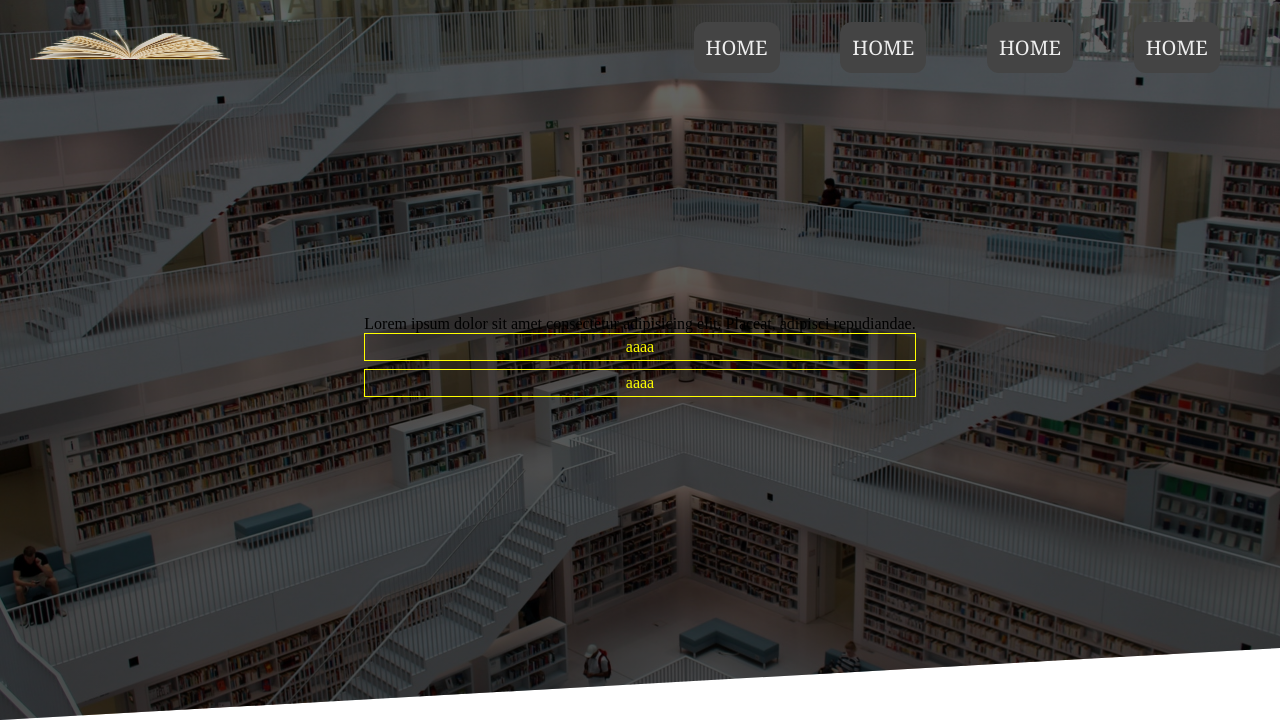
Repository: imedakrouti/BookStore
Page: ex.html
These files come from the project's save history. The page is drawn as it stood at one moment and after the next save; the edit follows.
The browser window is 1280 px wide. The pictures show the whole page.

Above is the page before, as saved 2020-05-06 22:02:04.

### ex.html
<!DOCTYPE html>
<html lang="en">
<head>
    <meta charset="UTF-8">
    <meta name="viewport" content="width=device-width, initial-scale=1.0">
    <title>Document</title>
</head>
<style>
    *{
        margin: 0;
        padding: 0;
        box-sizing: border-box;
    }
    header{
    height: 100vh;
    background:linear-gradient(rgba(0,0,0,0.6),rgba(0,0,0,0.7)),url('images/img/header-bg.jpeg')no-repeat fixed center /cover;
    clip-path: polygon(0 0, 100% 0, 100% 90%, 0 100%);
    display: flex;
    align-items: center;
    justify-content: center;
  }
    .nav{
        align-self: start;
        position: absolute;
        padding: 30px;
        width: 100%;
        display: flex;
        justify-content: space-between;
    }
    ul{
      display: flex;
     align-items: center;

    }
    .text-center{
        text-align: center;
    }
    .text-center a{
        display: block;
        margin-bottom: 8px;
        padding: 4px 20px;
        background: transparent;
        text-decoration: none;
        border:1px solid yellow;
        color:yellow
    }
    .text-center a:hover{
        background:yellow;
        color:#eee
    }
    ul li{
        list-style: none;
        margin: 0 30px;
    }
    ul li a{
        text-decoration: none;
       padding: 0.75rem;
       margin: 0.025rem;
        color:#eee;
        background:#444;
        font-size: 20px;
        font-family: Cambria, Cochin, Georgia, Times, 'Times New Roman', serif;
        text-transform: uppercase;
        border-radius: 12px;
    }

</style>
<body>
    <header>
        <div class="nav">
                <a href=""><img src="images/img/book.png" alt="" width="200px"height="30px"></a>

            <ul>
                <li><a href="">home</a></li>
                <li><a href="">home</a></li>
                <li><a href="">home</a></li>
                <li><a href="">home</a></li>

            </ul>
        </div>
        <div class="logo text-center">
            <p>Lorem ipsum dolor sit amet consectetur adipisicing elit. Placeat, adipisci repudiandae.</p>
            <a href="">aaaa</a>
            <a href="">aaaa</a>
        </div>
    </header>

</body>
</html>

After the next save:
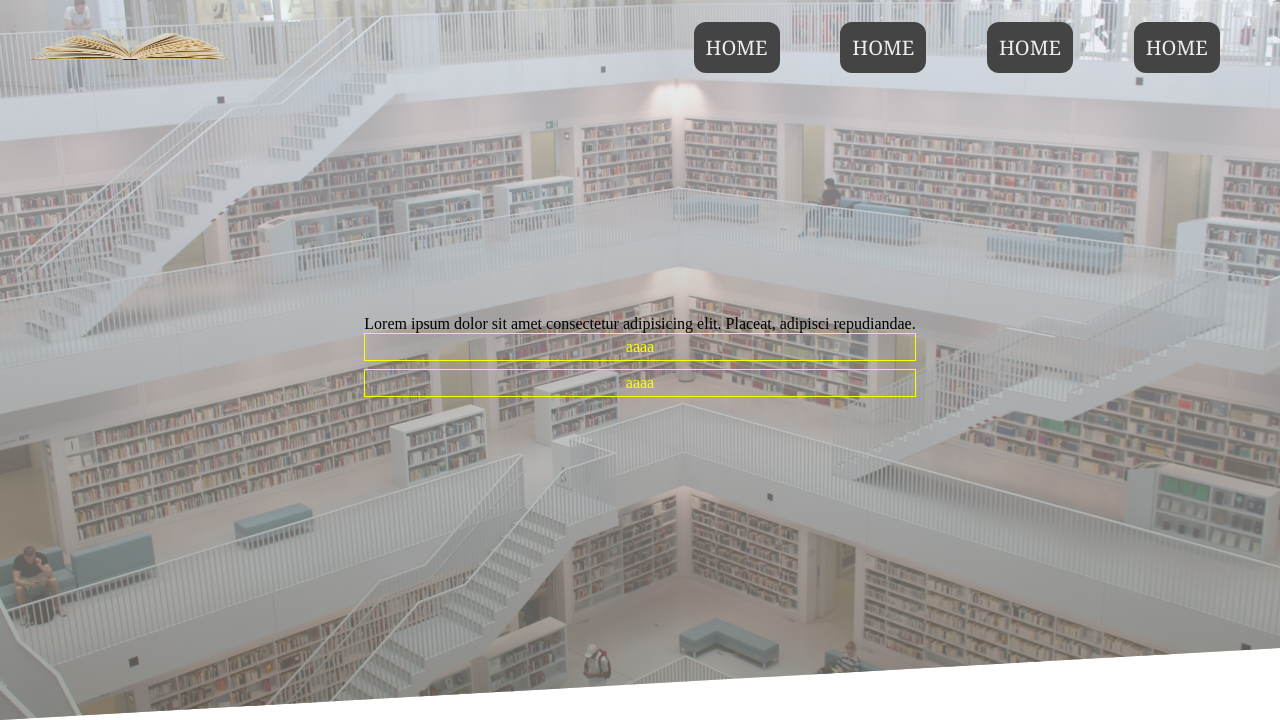
Saved 82 s later.
--- a/ex.html
+++ b/ex.html
@@ -13,7 +13,7 @@
     }
     header{
     height: 100vh;
-    background:linear-gradient(rgba(0,0,0,0.6),rgba(0,0,0,0.7)),url('images/img/header-bg.jpeg')no-repeat fixed center /cover;
+    background:linear-gradient(rgba(234,236,244,0.6),rgba(123,120,111,0.7)),url('images/img/header-bg.jpeg')no-repeat fixed center /cover;
     clip-path: polygon(0 0, 100% 0, 100% 90%, 0 100%);
     display: flex;
     align-items: center;
